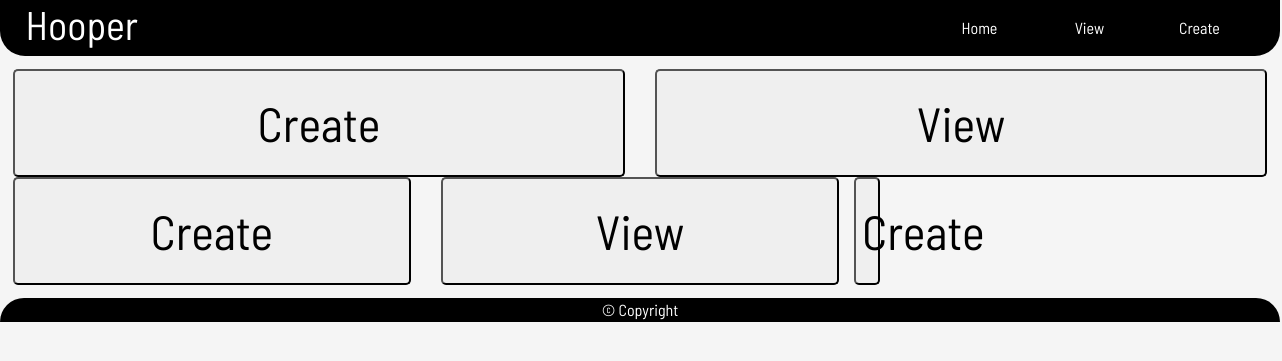
Repository: vlasarte/Hooper
Page: index.html
These files come from the project's save history. The page is drawn as it stood at one moment and after the next save; the edit follows.
The browser window is 1280 px wide. The page is 1282 px wide, so the pictures cover 1282 px, including what lies to the right of the window. The pictures show the whole page.

Above is the page before, as saved 2020-02-24 17:33:32.

After the next save:
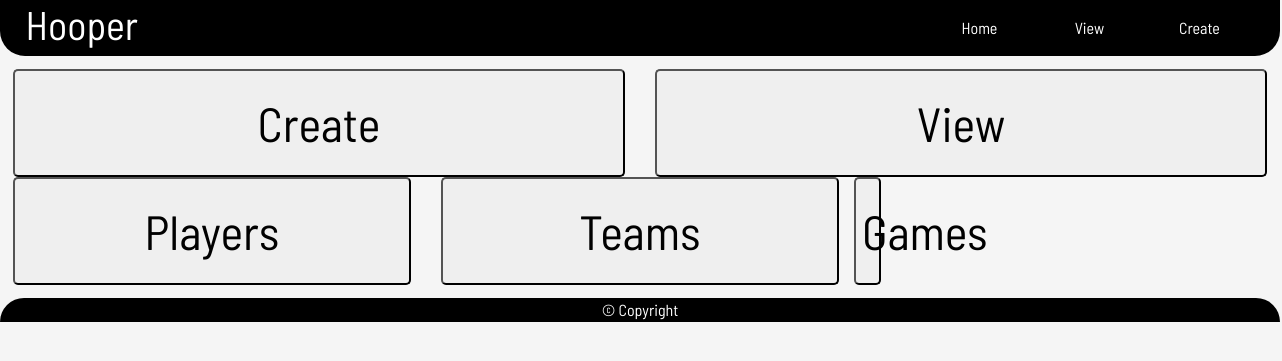
Saved 20 s later.
--- a/index.html
+++ b/index.html
@@ -40,6 +40,8 @@
 
         <div class="body-container">
 
+
+
             <div class="row">
                 <div class="col-6">
                     <button>Create</button>
@@ -51,14 +53,14 @@
 
             <div class="row">
                 <div class="col-4">
-                    <button>Create</button>
+                    <button>Players</button>
                 </div>
                 <div class="col-4">
-                    <button>View</button>
+                    <button>Teams</button>
                 </div>
                 <div class="row">
                 <div class="col-4">
-                    <button>Create</button>
+                    <button>Games</button>
                 </div>
 
             </div>
